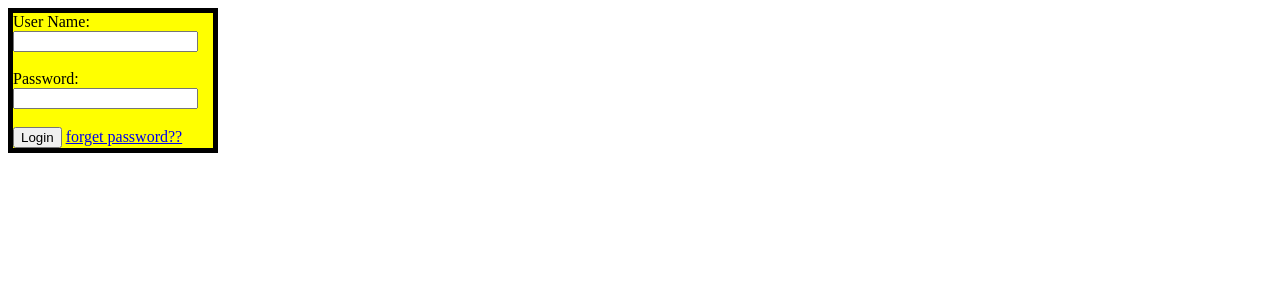
Repository: AmritOjha01/sms
Page: http://localhost/StudentManagementSystem/UserController?action=listUser
An editor plug-in stored every save of this project. The page is shown before and after the next save, followed by the edit.
The browser window is 1280 px wide. The pictures show the whole page.
The page is served by Tomcat 9.

Above is the page before, as saved 2017-03-27 11:11:06.

After the next save:
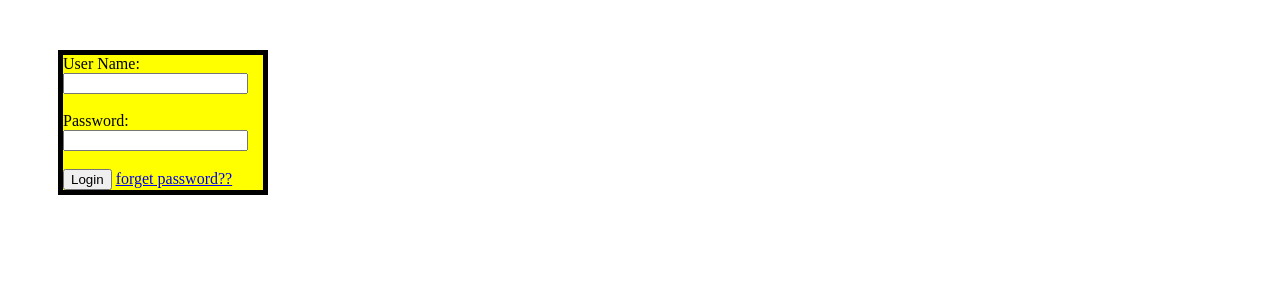
Saved 23 s later.
--- a/StudentManagementSystem/WebContent/login.jsp
+++ b/StudentManagementSystem/WebContent/login.jsp
@@ -8,7 +8,7 @@
 </head>
 <body>
 	<form action="LoginController" method="post"
-		style="background-color: yellow; width: 200px; border-width: 5px; border-style: solid;">
+		style="background-color: yellow; width: 200px; border-width: 5px; border-style: solid; margin: 50px">
 		User Name: <input type="text" name="uName"><br> <br>
 		Password: <input type="password" name="pass"><br> <br>
 		<input type="submit" value="Login"> <a
